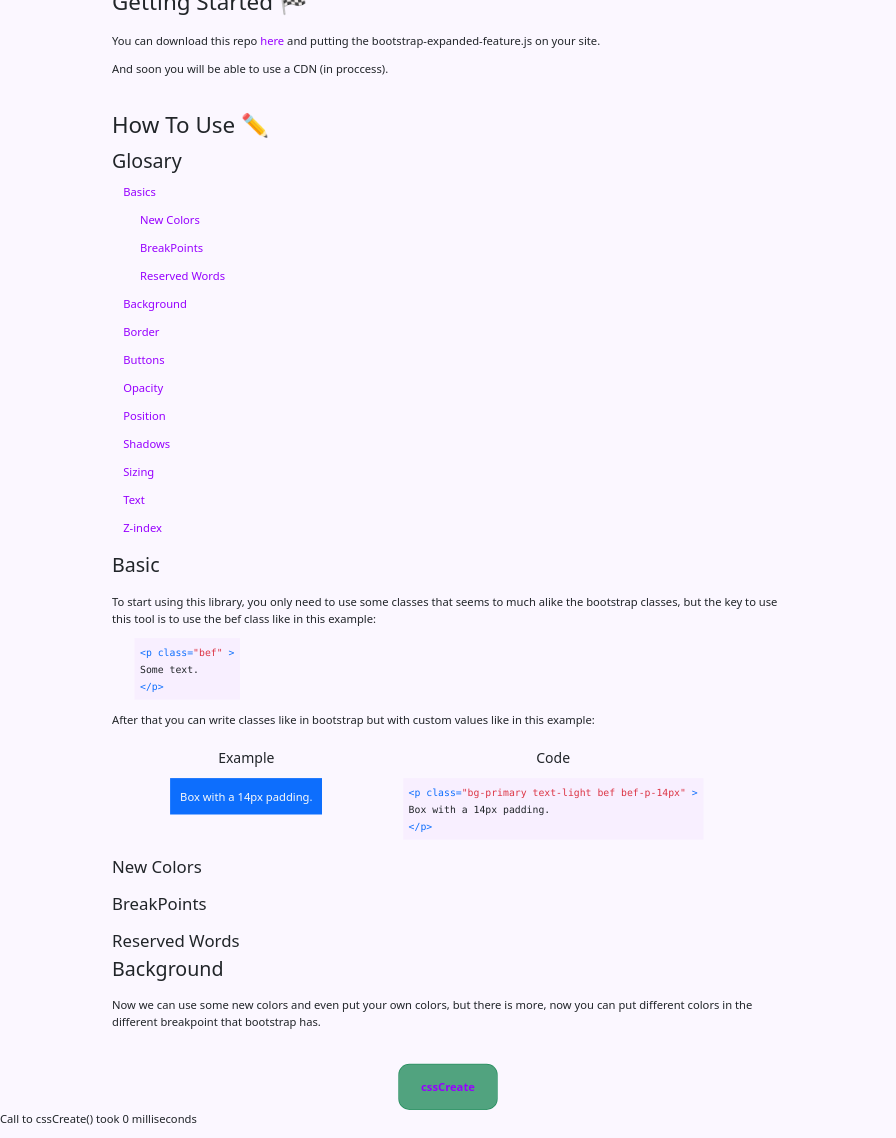
Repository: LynxPardelle/bootstrap-expanded-features
Page: index.html
An editor plug-in stored every save of this project. The page is shown before and after the next save, followed by the edit.
The browser window is 1280 px wide. The pictures show the part of the page from y = 851 to 2771 px (the page is 2477 px tall before and 2771 px after), at 70% of full size.

Above is the page before, as saved 2022-01-02 05:49:51.

### index.html
<!DOCTYPE html>
<html lang="es">
  <head>
    <meta charset="UTF-8" />
    <meta http-equiv="X-UA-Compatible" content="IE=edge" />
    <meta name="viewport" content="width=device-width, initial-scale=1.0" />
    <title>Bootstrap Expanded Features</title>
    <link
      href="https://cdn.jsdelivr.net/npm/bootstrap@5.1.3/dist/css/bootstrap.min.css"
      rel="stylesheet"
      integrity="sha384-1BmE4kWBq78iYhFldvKuhfTAU6auU8tT94WrHftjDbrCEXSU1oBoqyl2QvZ6jIW3"
      crossorigin="anonymous"
    />
    <link rel="stylesheet" href="./style.css" />
  </head>
  <body class="bef bef-bg-futurePop__OPA__0_03">
    <header>
      <nav
        class="
          navbar navbar-expand-lg navbar-dark
          bg-dark
          align-items-center
          bef
          bef-boxShadow-0px__2px__4px__lavender
          position-fixed
          top-0
          w-100
        "
      >
        <div class="container-fluid">
          <a
            class="
              navbar-brand
              bef bef-text-futurePop
              fw-bolder
              bef-textShadow-0px__0px__8px__futurePop
            "
            href="#"
            >Bootstrap Expanded Features</a
          >
          <button
            class="navbar-toggler"
            type="button"
            data-bs-toggle="collapse"
            data-bs-target="#navbarSupportedContent"
            aria-controls="navbarSupportedContent"
            aria-expanded="false"
            aria-label="Toggle navigation"
          >
            <span class="navbar-toggler-icon"></span>
          </button>
          <div class="collapse navbar-collapse" id="navbarSupportedContent">
            <ul class="navbar-nav me-auto mb-lg-0">
              <li class="nav-item">
                <a class="nav-link bef bef-text-lavender" href="#about"
                  >About</a
                >
              </li>
              <li class="nav-item">
                <a
                  class="nav-link bef bef-text-lavender"
                  href="#getting_started"
                  >Getting Started</a
                >
              </li>
              <li class="nav-item dropdown">
                <a
                  class="nav-link bef bef-text-lavender dropdown-toggle"
                  href="#howToUse"
                  id="navbarDropdown"
                  role="button"
                  data-bs-toggle="dropdown"
                  aria-expanded="false"
                >
                  How To Use
                </a>
                <ul
                  class="dropdown-menu dropdown-menu-dark"
                  aria-labelledby="navbarDropdown"
                >
                  <li>
                    <a class="dropdown-item bef bef-text-lavender" href="#"
                      >Action</a
                    >
                  </li>
                  <li>
                    <a class="dropdown-item bef bef-text-lavender" href="#"
                      >Another action</a
                    >
                  </li>
                  <li><hr class="dropdown-divider" /></li>
                  <li>
                    <a class="dropdown-item bef bef-text-lavender" href="#"
                      >Something else here</a
                    >
                  </li>
                </ul>
              </li>
              <li class="nav-item">
                <a class="nav-link bef bef-text-lavender" href="#Info">Info</a>
              </li>
            </ul>
            <form class="d-flex">
              <input
                id="searchInput"
                class="form-control me-2"
                type="search"
                placeholder="Search"
                aria-label="Search"
              />
              <button class="btn bef bef-btnOutline-lavender">Search</button>
            </form>
          </div>
        </div>
      </nav>

      <h1
        class="
          text-center
          d-block
          bef bef-w-85vw bef-w-md-75vw bef-fs-2rem bef-fs-md-3rem
          bef-m-7rem__auto__5rem
          bef-text-summer
          fw-bolder
        "
      >
        Bootstrap Expanded Features
      </h1>
    </header>

    <div>
      <main class="bef bef-w-85vw bef-wmx-1000px bef-w-md-75vw mx-auto">
        <!-- ABOUT -->
        <section>
          <a id="about"></a>
          <h2>About 🧐</h2>
          <article>
            <p class="mt-4 mb-3 text-start">
              Too many new features for bootstrap made with javascript for
              better performance and more options without a large css file.
            </p>
          </article>
          <!-- THE_PROBLEM -->
          <article>
            <h3>The problem 😭</h3>
            <p class="my-3 text-start">
              Bootstrap doesn't support options of they classes like w-33 to
              have width: 33%; on an element or things more especific like
              h-20vh to have an element with: height 20vh;, that can be more
              efficient and responsive and whenever we need those, we need to
              get it though a css style sheet and thats not the main point of
              using Bootstrap.
            </p>
            <p class="mt-3 mb-5 text-start">
              First I tried to make a library for sass to get to many more
              options for the classes but there was one problem, it was an 50mb
              size file after beeing compiled, and we know that 50mb its a large
              file to be downloaded only to use a few classes that are on the
              file, but then I get one idea that can let anybody to get all the
              css that they want without having all the options that they dont
              use and having the option to create more colors that can be used
              with bg-newcolorname to get background-color: newcolor; and many
              more options.
            </p>
          </article>
          <!-- THE_SOLUTION -->
          <article>
            <h3>The solution 😎</h3>
            <p class="mt-4 mb-5 text-start">
              We can now use this js library that creates all the css with the
              classes that are like in bootstrap just in the load of your pages,
              that mean that your users will only need to download the js and
              not a css file of 50mb+ and speed up you charge with a simple task
              that only consumes a few memory of the ram of the user.
            </p>
          </article>
        </section>
        <!-- GETTING_STARTED -->
        <section>
          <a id="getting_started"></a>
          <h2>Getting Started 🏁</h2>
          <article>
            <p class="mt-4 mb-3 text-start bef bef-link-futurePop">
              You can download this repo
              <a
                class="text-decoration-none"
                href="https://github.com/LynxPardelle/bootstrap-expanded-features.git"
                target="_blank"
                >here</a
              >
              and putting the bootstrap-expanded-feature.js on your site.
            </p>
            <p class="mt-3 mb-5 text-start bef bef-link-futurePop">
              And soon you will be able to use a CDN (in proccess).
            </p>
          </article>
        </section>
        <!-- HOW_TO_USE -->
        <section>
          <a id="howToUse"></a>
          <h2>How To Use ✏️</h2>
          <article class="my-3">
            <h3>Glosary</h3>
            <ul class="nav flex-column bef bef-link-futurePop">
              <li class="nav-item">
                <a class="nav-link" href="#basicHTU">Basics</a>
                <ul class="nav ms-4 flex-column bef bef-link-futurePop">
                  <li class="nav-item">
                    <a class="nav-link" href="#newColorsBasicHTU">New Colors</a>
                  </li>
                  <li class="nav-item">
                    <a class="nav-link" href="#bpsBasicHTU">BreakPoints</a>
                  </li>
                  <li class="nav-item">
                    <a class="nav-link" href="#reswordsBasicHTU"
                      >Reserved Words</a
                    >
                  </li>
                </ul>
              </li>
              <li class="nav-item">
                <a class="nav-link" href="#backgroundHTU">Background</a>
              </li>
              <li class="nav-item">
                <a class="nav-link" href="#borderHTU">Border</a>
              </li>
              <li class="nav-item">
                <a class="nav-link" href="#buttonsHTU">Buttons</a>
              </li>
              <li class="nav-item">
                <a class="nav-link" href="#opacityHTU">Opacity</a>
              </li>
              <li class="nav-item">
                <a class="nav-link" href="#positionHTU">Position</a>
              </li>
              <li class="nav-item">
                <a class="nav-link" href="#shadowsHTU">Shadows</a>
              </li>
              <li class="nav-item">
                <a class="nav-link" href="#sizingHTU">Sizing</a>
              </li>
              <li class="nav-item">
                <a class="nav-link" href="#textHTU">Text</a>
              </li>
              <li class="nav-item">
                <a class="nav-link" href="#zIndexHTU">Z-index</a>
              </li>
            </ul>
          </article>
          <!-- BASICHTU -->
          <article>
            <a id="basicHTU"></a>
            <h3>Basic</h3>
            <p class="mt-4 mb-3 text-start bef bef-link-futurePop">
              To start using this library, you only need to use some classes
              that seems to much alike the bootstrap classes, but the key to use
              this tool is to use the bef class like in this example:
            </p>
            <p
              class="
                d-inline-block
                p-2
                bef
                bef-m-0rem__2rem
                bef-bg-futurePop__OPA__0_03
              "
            >
              <code class="text-dark">
                <span class="text-primary">
                  &#60;p class=<span class="text-danger">"bef"</span> &#62;
                </span>
                <br />
                <span> Some text. </span>
                <br />
                <span class="text-primary"> &#60;&#47;p&#62; </span>
              </code>
            </p>
            <p class="mt-3 mb-3 text-start bef bef-link-futurePop">
              After that you can write classes like in bootstrap but with custom
              values like in this example:
            </p>
            <div class="d-flex justify-content-evenly">
              <div>
                <h5 class="text-center my-3">Example</h5>
                <p class="bg-primary text-light bef bef-p-14px">
                  Box with a 14px padding.
                </p>
              </div>
              <div>
                <h5 class="text-center my-3">Code</h5>
                <p
                  class="
                    d-inline-block
                    p-2
                    bef
                    bef-m-0rem__2rem
                    bef-bg-futurePop__OPA__0_03
                  "
                >
                  <code class="text-dark">
                    <span class="text-primary">
                      &#60;p class=<span class="text-danger"
                        >"bg-primary text-light bef bef-p-14px"</span
                      >
                      &#62;
                    </span>
                    <br />
                    <span> Box with a 14px padding. </span>
                    <br />
                    <span class="text-primary"> &#60;&#47;p&#62; </span>
                  </code>
                </p>
              </div>
            </div>
            <!-- NEWCOLORSBASICHTU -->
            <a id="newColorsBasicHTU"></a>
            <h4 class="mt-4">New Colors</h4>
            <!-- BREAKPOINTSBASICHTU -->
            <a id="bpsBasicHTU"></a>
            <h4 class="mt-4">BreakPoints</h4>
            <!-- RESERVEDWORDSBASICHTU -->
            <a id="reswordsBasicHTU"></a>
            <h4 class="mt-4">Reserved Words</h4>
          </article>
          <article>
            <a id="backgroundHTU"></a>
            <h3>Background</h3>
            <p class="mt-4 mb-5 text-start bef bef-link-futurePop">
              Now we can use some new colors and even put your own colors, but
              there is more, now you can put different colors in the different
              breakpoint that bootstrap has.
            </p>
          </article>
        </section>
      </main>
      <aside></aside>
    </div>

    <footer>
      <a id="#info"></a>
      <button
        class="
          btn
          bef
          bef-btn-success__OPA__0_75
          bef-text-futurePop
          fw-bold
          d-block
          mx-auto
          bef-p-1_25rem__2rem
          bef-rounded-1rem
        "
        onclick="cssCreate()"
      >
        cssCreate
      </button>

      <div id="befTimer"></div>
    </footer>

    <!-- TABS
      <nav>
              <div class="nav nav-tabs" id="nav-tab" role="tablist">
                <button
                  class="
                    nav-link
                    active
                    bef bef-text-futurePop bef-textHover-lavender
                    bef-bg-futurePop__OPA__0_03
                  "
                  id="nav-background-tab"
                  data-bs-toggle="tab"
                  data-bs-target="#nav-background"
                  type="button"
                  role="tab"
                  aria-controls="nav-background"
                  aria-selected="false"
                >
                  Background
                </button>
                <button
                  class="
                    nav-link
                    bef bef-text-dark bef-textHover-lavender
                    bef-bg-futurePop__OPA__0
                  "
                  id="nav-border-tab"
                  data-bs-toggle="tab"
                  data-bs-target="#nav-border"
                  type="button"
                  role="tab"
                  aria-controls="nav-border"
                  aria-selected="false"
                >
                  Border
                </button>
                <button
                  class="
                    nav-link
                    bef bef-text-dark bef-textHover-lavender
                    bef-bg-futurePop__OPA__0
                  "
                  id="nav-buttons-tab"
                  data-bs-toggle="tab"
                  data-bs-target="#nav-buttons"
                  type="button"
                  role="tab"
                  aria-controls="nav-buttons"
                  aria-selected="false"
                >
                  Buttons
                </button>
                <button
                  class="
                    nav-link
                    bef bef-text-dark bef-textHover-lavender
                    bef-bg-futurePop__OPA__0
                  "
                  id="nav-opacity-tab"
                  data-bs-toggle="tab"
                  data-bs-target="#nav-opacity"
                  type="button"
                  role="tab"
                  aria-controls="nav-opacity"
                  aria-selected="false"
                >
                  Opacity
                </button>
                <button
                  class="
                    nav-link
                    bef bef-text-dark bef-textHover-lavender
                    bef-bg-futurePop__OPA__0
                  "
                  id="nav-position-tab"
                  data-bs-toggle="tab"
                  data-bs-target="#nav-position"
                  type="button"
                  role="tab"
                  aria-controls="nav-position"
                  aria-selected="false"
                >
                  Position
                </button>
                <button
                  class="
                    nav-link
                    bef bef-text-dark bef-textHover-lavender
                    bef-bg-futurePop__OPA__0
                  "
                  id="nav-shadows-tab"
                  data-bs-toggle="tab"
                  data-bs-target="#nav-shadows"
                  type="button"
                  role="tab"
                  aria-controls="nav-shadows"
                  aria-selected="false"
                >
                  Shadows
                </button>
                <button
                  class="
                    nav-link
                    bef bef-text-dark bef-textHover-lavender
                    bef-bg-futurePop__OPA__0
                  "
                  id="nav-sizing-tab"
                  data-bs-toggle="tab"
                  data-bs-target="#nav-sizing"
                  type="button"
                  role="tab"
                  aria-controls="nav-sizing"
                  aria-selected="true"
                >
                  Sizing
                </button>
                <button
                  class="
                    nav-link
                    bef bef-text-dark bef-textHover-lavender
                    bef-bg-futurePop__OPA__0
                  "
                  id="nav-text-tab"
                  data-bs-toggle="tab"
                  data-bs-target="#nav-text"
                  type="button"
                  role="tab"
                  aria-controls="nav-text"
                  aria-selected="false"
                >
                  Text
                </button>
                <button
                  class="
                    nav-link
                    bef bef-text-dark bef-textHover-lavender
                    bef-bg-futurePop__OPA__0
                  "
                  id="nav-z-index-tab"
                  data-bs-toggle="tab"
                  data-bs-target="#nav-z-index"
                  type="button"
                  role="tab"
                  aria-controls="nav-z-index"
                  aria-selected="false"
                >
                  Z-index
                </button>
              </div>
            </nav>
            <div class="tab-content" id="nav-tabContent">
              <div
                class="tab-pane fade show active mt-3 mb-5"
                id="nav-background"
                role="tabpanel"
                aria-labelledby="nav-background-tab"
              >
                <h3 class="text-center">Background</h3>

                <p>
                  Now we can use some new colors and even put your own colors,
                  but there is more, now you can put diferent colors in the
                  diferent breakpoint that bootstrap has.
                </p>
              </div>
              <div
                class="tab-pane fade"
                id="nav-border"
                role="tabpanel"
                aria-labelledby="nav-border-tab"
              >
                Border
              </div>
              <div
                class="tab-pane fade"
                id="nav-buttons"
                role="tabpanel"
                aria-labelledby="nav-buttons-tab"
              >
                Buttons
              </div>
              <div
                class="tab-pane fade"
                id="nav-opacity"
                role="tabpanel"
                aria-labelledby="nav-opacity-tab"
              >
                Opacity
              </div>
              <div
                class="tab-pane fade"
                id="nav-position"
                role="tabpanel"
                aria-labelledby="nav-position-tab"
              >
                Position
              </div>
              <div
                class="tab-pane fade"
                id="nav-shadows"
                role="tabpanel"
                aria-labelledby="nav-shadows-tab"
              >
                Shadows
              </div>
              <div
                class="tab-pane fade"
                id="nav-sizing"
                role="tabpanel"
                aria-labelledby="nav-sizing-tab"
              >
                Sizing
              </div>
              <div
                class="tab-pane fade"
                id="nav-text"
                role="tabpanel"
                aria-labelledby="nav-text-tab"
              >
                Text
              </div>
              <div
                class="tab-pane fade"
                id="nav-z-index"
                role="tabpanel"
                aria-labelledby="nav-z-index-tab"
              >
                Z-Index
              </div>
            </div>
-->

    <!--
Classes:
w width
h height
wmx max-width
hmx max-height
wmn min-width
hmn min-height
rounded border-radius
z z-index
opacity opacity
top top
bottom bottom
end left
start right
fs font-size
lh line-height
gap gap
p padding
m margin
border border-width
borderStyle border-style

bg background-color
text color
link a color
borderColor border-color
btn background-color border-color box-shadow
btnOutline border-color box-shadow
boxShadow box-shadow
textShadow text-shadow

Sides:
s left
e right
t top
b bottom
x left & right
y top & bottom

BreakPoints:
sm 576
md 768
lg 992
xl 1200
xxl 1400
-->
    <script
      src="https://cdn.jsdelivr.net/npm/bootstrap@5.1.3/dist/js/bootstrap.bundle.min.js"
      integrity="sha384-ka7Sk0Gln4gmtz2MlQnikT1wXgYsOg+OMhuP+IlRH9sENBO0LRn5q+8nbTov4+1p"
      crossorigin="anonymous"
    ></script>
    <script>
      var colors = {
        monster: "#00AA00",
        futurePop: "#9700FF",
      };
    </script>
    <script src="./bootstrap-expanded-features.js"></script>
    <script src="./bef-example-page.js"></script>
  </body>
</html>

Loaded but not shown: bootstrap-expanded-features.js (library); bef-example-page.js (64 lines, source omitted); style.css (no stored copy; drawn as an empty file)

After the next save:
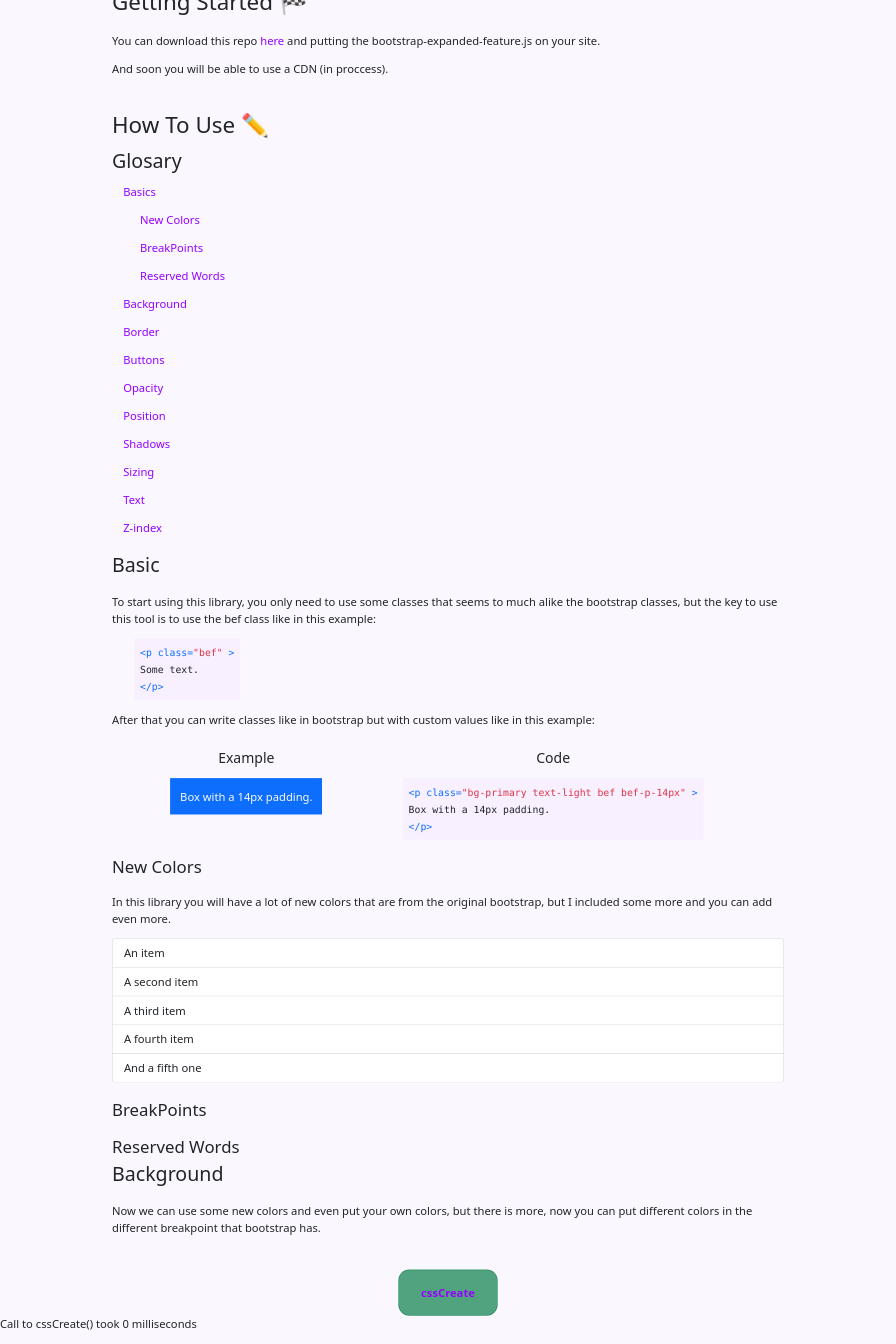
Saved 2 min 45 s later.
--- a/index.html
+++ b/index.html
@@ -315,6 +315,18 @@
             <!-- NEWCOLORSBASICHTU -->
             <a id="newColorsBasicHTU"></a>
             <h4 class="mt-4">New Colors</h4>
+            <p class="mt-4 mb-3 text-start bef bef-link-futurePop">
+              In this library you will have a lot of new colors that are from
+              the original bootstrap, but I included some more and you can add
+              even more.
+            </p>
+            <ul class="list-group">
+              <li class="list-group-item">An item</li>
+              <li class="list-group-item">A second item</li>
+              <li class="list-group-item">A third item</li>
+              <li class="list-group-item">A fourth item</li>
+              <li class="list-group-item">And a fifth one</li>
+            </ul>
             <!-- BREAKPOINTSBASICHTU -->
             <a id="bpsBasicHTU"></a>
             <h4 class="mt-4">BreakPoints</h4>
